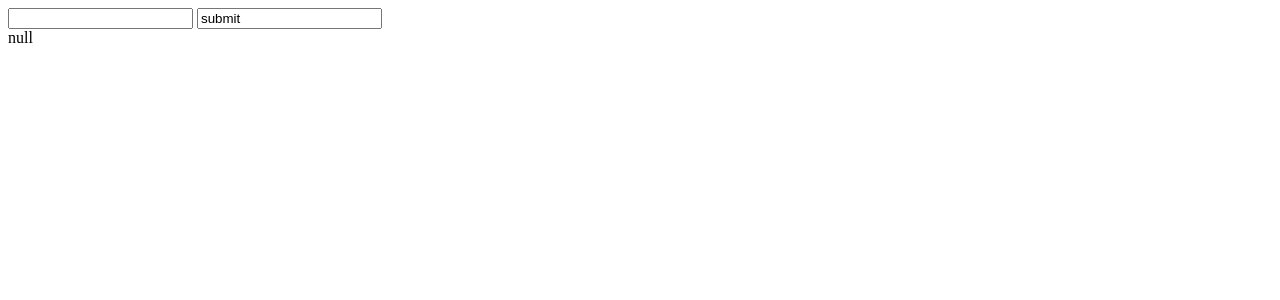
Repository: amankeshwani21/Assignments_java
Page: http://localhost/Jsp_demo/
An editor plug-in stored every save of this project. The page is shown before and after the next save, followed by the edit.
The browser window is 1280 px wide. The pictures show the whole page.
The page is served by Tomcat 9.

Above is the page before, as saved 2021-01-27 11:11:46.

### Jsp_demo/WebContent/index.jsp
<%@ page language="java" contentType="text/html; charset=UTF-8"
    pageEncoding="UTF-8"%>
<!DOCTYPE html PUBLIC "-//W3C//DTD HTML 4.01 Transitional//EN" "http://www.w3.org/TR/html4/loose.dtd">
<html>
<head>
<meta http-equiv="Content-Type" content="text/html; charset=UTF-8">
<title>Insert title here</title>
</head>
<body>
  <form action="index">
     <input type="text" name="user">
      <input type="text" value="submit">
     </form>

     <%
        String s= request.getParameter("user");
         out.println(s);
     %>
</body>
</html>

After the next save:
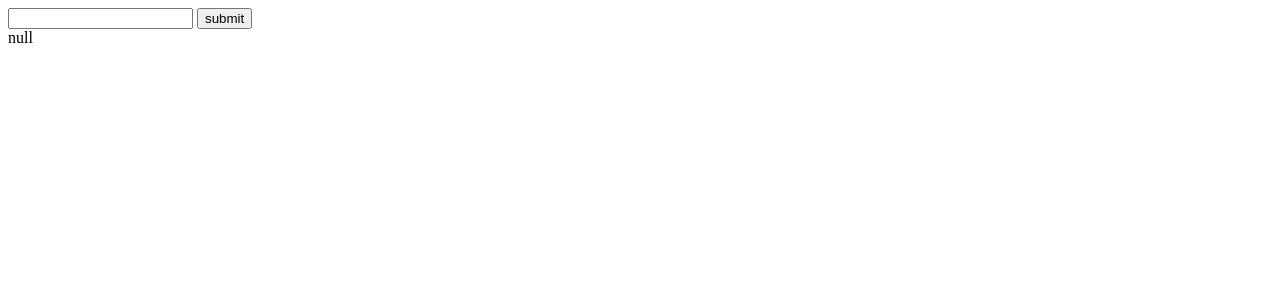
Saved 21 s later.
--- a/Jsp_demo/WebContent/index.jsp
+++ b/Jsp_demo/WebContent/index.jsp
@@ -9,7 +9,7 @@
 <body>
   <form action="index">
      <input type="text" name="user">
-      <input type="text" value="submit">
+      <input type="submit" value="submit">
      </form>
 
      <%
